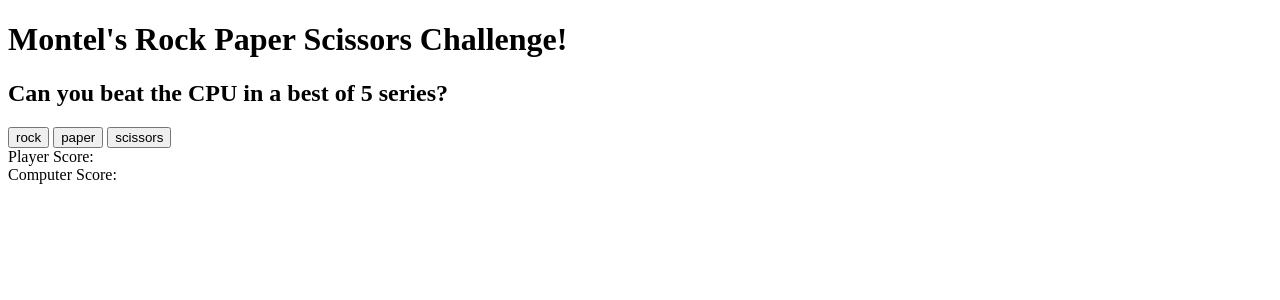
Repository: mnhardy1504/odin-recipes1
Page: repos/member-montel-rockpaperscissors/index.html
The author's editor kept a copy of each file at every save. The page is drawn from the files as they stood at one save, then again after the next save.
The browser window is 1280 px wide. The pictures show the whole page.

Above is the page before, as saved 2023-11-02 22:45:23.

After the next save:
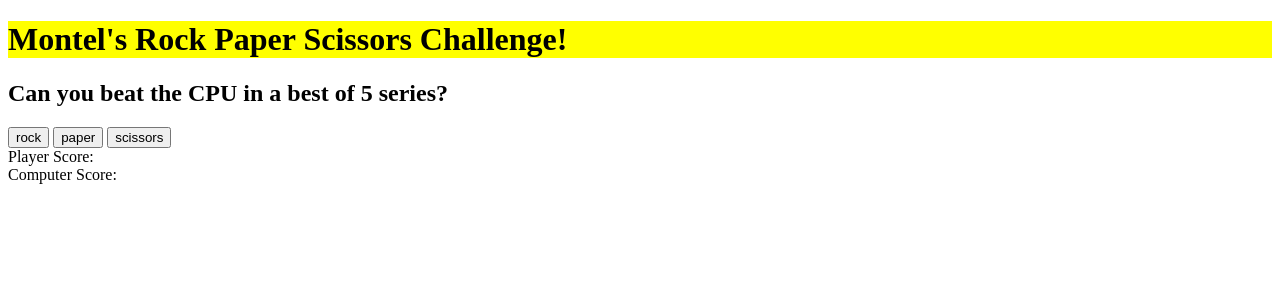
Saved 20 min 35 s later.
--- a/repos/member-montel-rockpaperscissors/index.html
+++ b/repos/member-montel-rockpaperscissors/index.html
@@ -6,7 +6,7 @@
   <script src="index.js"></script>
 </head>
 <body>
-  <h1> Montel's Rock Paper Scissors Challenge! </h1>
+  <h1 id="headerone">Montel's Rock Paper Scissors Challenge!</h1>
   <h2> Can you beat the CPU in a best of 5 series? </h2>
 <button onclick="playRound('rock', getComputerChoice())">rock</button>
 <button onclick="playRound('paper', getComputerChoice())">paper</button>
